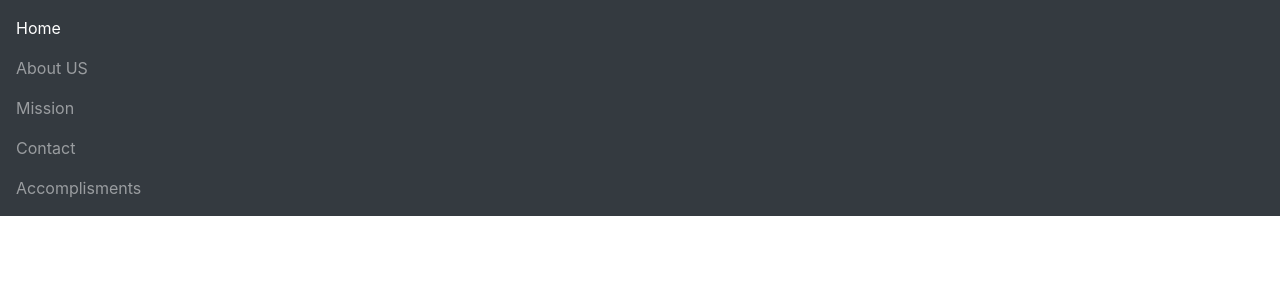
Repository: vipulx44/Prayas-Seva
Page: http://localhost/
The author's editor kept a copy of each file at every save. The page is drawn from the files as they stood at one save, then again after the next save.
The browser window is 1280 px wide. The pictures show the whole page.
Some web libraries are served in a nearby version. The page is run by PHP 8.4 with error messages shown; the project is at /var/www/html/.

Above is the page before, as saved 2017-09-23 14:18:51.

### Prayasfirst/index.php
<!DOCTYPE HTML>
<html>
	<head>
		<title>Prayas Seva Sanstha</title>
		<meta charset="utf-8">
    	<meta name="viewport" content="width=device-width, initial-scale=1, shrink-to-fit=no">

    	<!-- FONT AWESOME-->
    	<script src="https://use.fontawesome.com/3ce65aca62.js"></script>

    	<!-- BOOTSTRAP -->
    	<link rel="stylesheet" href="https://maxcdn.bootstrapcdn.com/bootstrap/4.0.0-beta/css/bootstrap.min.css" integrity="sha384-/Y6pD6FV/Vv2HJnA6t+vslU6fwYXjCFtcEpHbNJ0lyAFsXTsjBbfaDjzALeQsN6M" crossorigin="anonymous">

  		<!-- Plugins -->
  		<script src="https://code.jquery.com/jquery-3.2.1.slim.min.js" integrity="sha384-KJ3o2DKtIkvYIK3UENzmM7KCkRr/rE9/Qpg6aAZGJwFDMVNA/GpGFF93hXpG5KkN" crossorigin="anonymous"></script>
		<script src="https://cdnjs.cloudflare.com/ajax/libs/popper.js/1.11.0/umd/popper.min.js" integrity="sha384-b/U6ypiBEHpOf/4+1nzFpr53nxSS+GLCkfwBdFNTxtclqqenISfwAzpKaMNFNmj4" crossorigin="anonymous"></script>
		<script src="https://maxcdn.bootstrapcdn.com/bootstrap/4.0.0-beta/js/bootstrap.min.js" integrity="sha384-h0AbiXch4ZDo7tp9hKZ4TsHbi047NrKGLO3SEJAg45jXxnGIfYzk4Si90RDIqNm1" crossorigin="anonymous"></script>


  	</head>

	<body>


		<nav class="navbar navbar-dark bg-dark">

					     <ul class="navbar-nav mr-auto">
					      <li class="nav-item active">
					        <a class="nav-link" href="#">Home <span class="sr-only">(current)</span></a>
					      </li>
					      <li class="nav-item">
				    	    <a class="nav-link" href="#">About US</a>
					      </li>
					      <li class="nav-item">
					        <a class="nav-link" href="#">Mission</a>
					      </li>
					      <li class="nav-item">
					        <a class="nav-link" href="#">Contact</a>
					      </li>
					      <li class="nav-item">
				        	<a class="nav-link" href="#">Accomplisments</a>
				    	  </li>
					    </ul>

		</nav>  <!-- End Main Navigation -->



	</body>


</html>

After the next save:
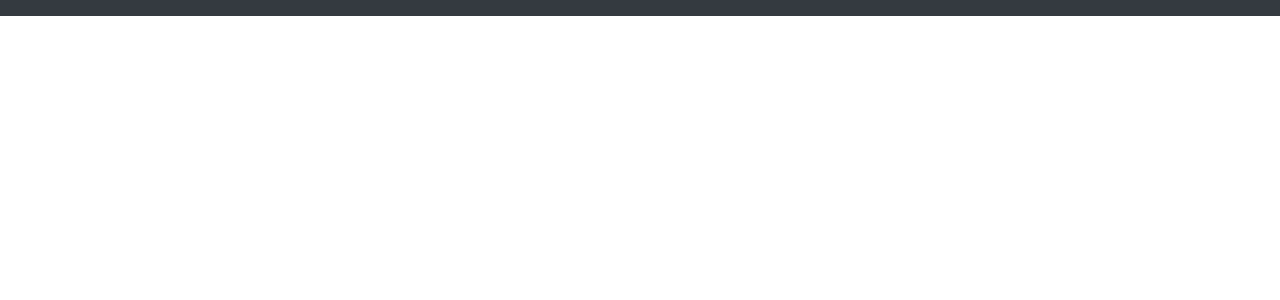
Saved 58 s later.
--- a/Prayasfirst/index.php
+++ b/Prayasfirst/index.php
@@ -23,6 +23,7 @@
 
 
 		<nav class="navbar navbar-dark bg-dark">
+			<div class="collapse navbar-collapse" id="navbarNav">
 
 					     <ul class="navbar-nav mr-auto">
 					      <li class="nav-item active">
@@ -41,6 +42,7 @@
 				        	<a class="nav-link" href="#">Accomplisments</a>
 				    	  </li>
 					    </ul>
+			</div>
 
 		</nav>  <!-- End Main Navigation -->
 
